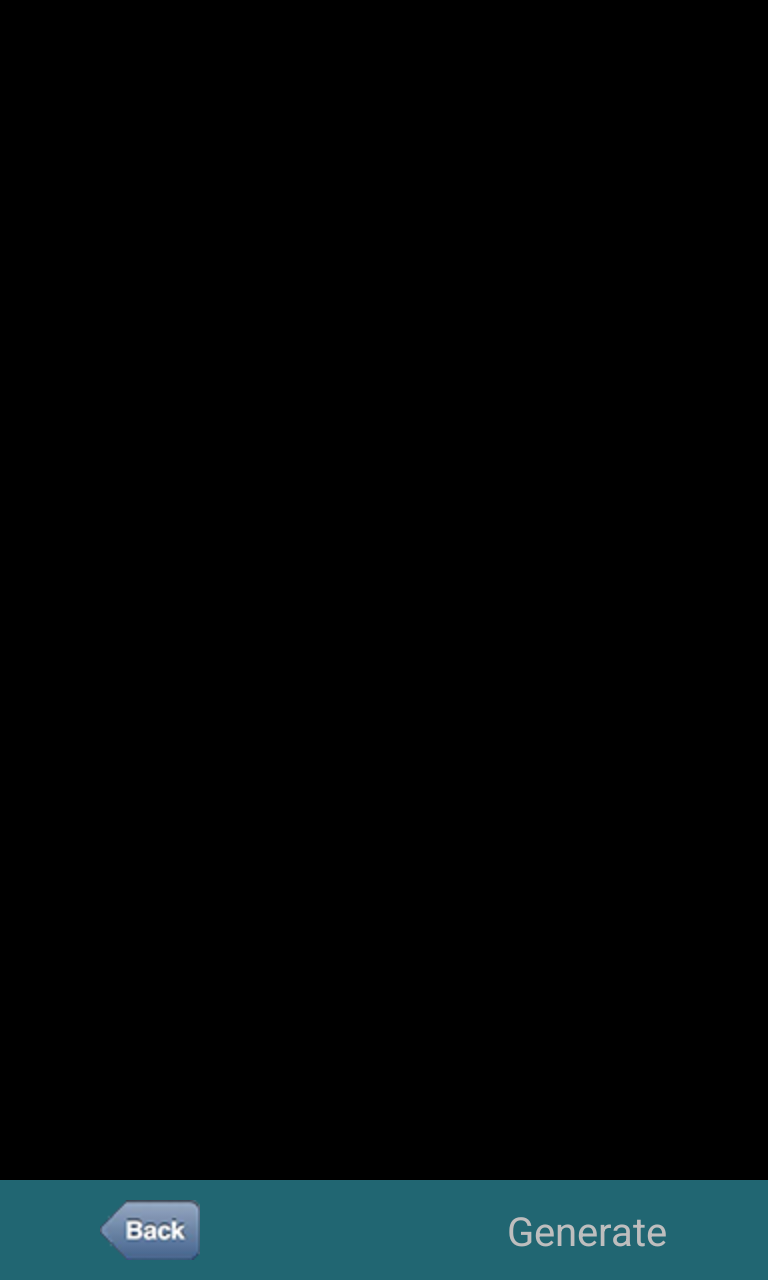
Repository: GitDidNotExitCleanly/FaceLabel
Layout: FaceLabel/res/layout/activity_image_processing.xml
An editor plug-in stored every save of this project. The layout is shown before and after the next save, followed by the edit.
It is drawn on a 768 x 1280 px phone screen (xhdpi) without system bars, with theme android:Theme.NoTitleBar.Fullscreen; the app's code is not run.

Above is the layout before, as saved 2015-05-13 02:34:34.

### FaceLabel/res/layout/activity_image_processing.xml
<RelativeLayout xmlns:android="http://schemas.android.com/apk/res/android"
    xmlns:tools="http://schemas.android.com/tools"
    android:layout_width="match_parent"
    android:layout_height="match_parent"
    android:orientation="vertical"
    android:paddingBottom="@dimen/activity_vertical_margin"
    android:paddingLeft="@dimen/activity_horizontal_margin"
    android:paddingRight="@dimen/activity_horizontal_margin"
    android:paddingTop="@dimen/activity_vertical_margin"
    tools:context="com.facelabel.processing.ImageProcessingActivity" >

    <ImageView
        android:id="@+id/activity_image_processing_image"
        android:layout_width="match_parent"
        android:layout_height="match_parent"
        android:scaleType="fitXY"
        android:layout_centerInParent="true" />

    <RelativeLayout
        android:layout_width="match_parent"
        android:layout_height="wrap_content"
        android:layout_alignParentBottom="true"
        android:layout_centerHorizontal="true"
        android:paddingTop="10dp"
        android:paddingBottom="10dp"
        android:background="#9639ADC2" >

        <ImageView
            android:id="@+id/activity_image_processing_button_back"
            android:layout_width="wrap_content"
            android:layout_height="wrap_content"
            android:layout_alignParentLeft="true"
            android:layout_centerVertical="true"
            android:layout_marginLeft="50dp"
            android:src="@drawable/back_button_effect" />

       	<TextView
            android:id="@+id/activity_image_processing_use"
            android:layout_width="wrap_content"
            android:layout_height="wrap_content"
            android:layout_gravity="center"
	        android:layout_alignParentRight="true"
            android:layout_centerVertical="true"
            android:layout_marginRight="50dp"
            android:text="Generate"
            android:textSize="20sp" />

    </RelativeLayout>

</RelativeLayout>

### FaceLabel/res/drawable-mdpi/back_button_effect.xml
<?xml version="1.0" encoding="utf-8"?>
<selector xmlns:android="http://schemas.android.com/apk/res/android" >
    <item android:state_pressed="false" android:drawable="@drawable/button_back" />
    <item android:state_pressed="true" android:drawable="@drawable/button_back_pressed" />
    <item android:drawable="@drawable/button_back" />
</selector>

Loaded but not shown: FaceLabel/res/values/dimens.xml (common file); FaceLabel/res/values-w820dp/dimens.xml (common file)

After the next save:
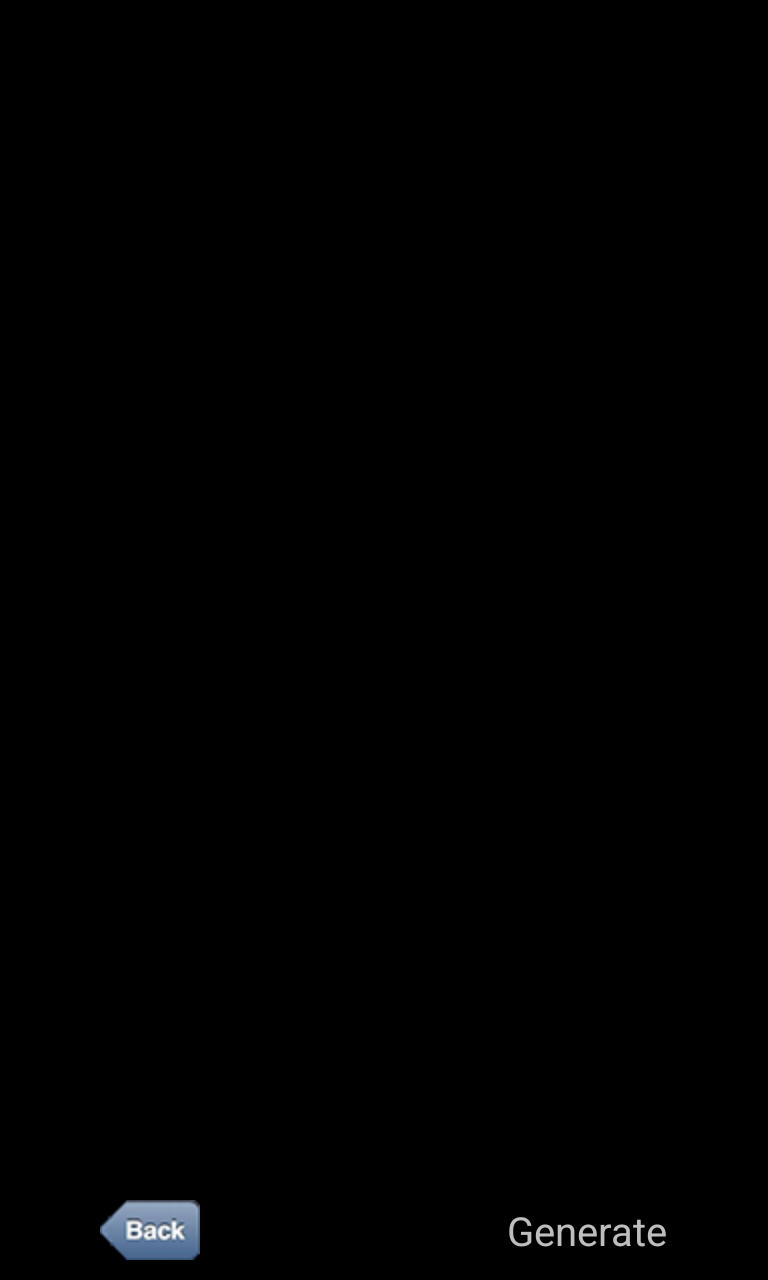
Saved 19 s later.
--- a/FaceLabel/res/layout/activity_image_processing.xml
+++ b/FaceLabel/res/layout/activity_image_processing.xml
@@ -23,7 +23,7 @@
         android:layout_centerHorizontal="true"
         android:paddingTop="10dp"
         android:paddingBottom="10dp"
-        android:background="#9639ADC2" >
+        android:background="#96000000" >
 
         <ImageView
             android:id="@+id/activity_image_processing_button_back"
